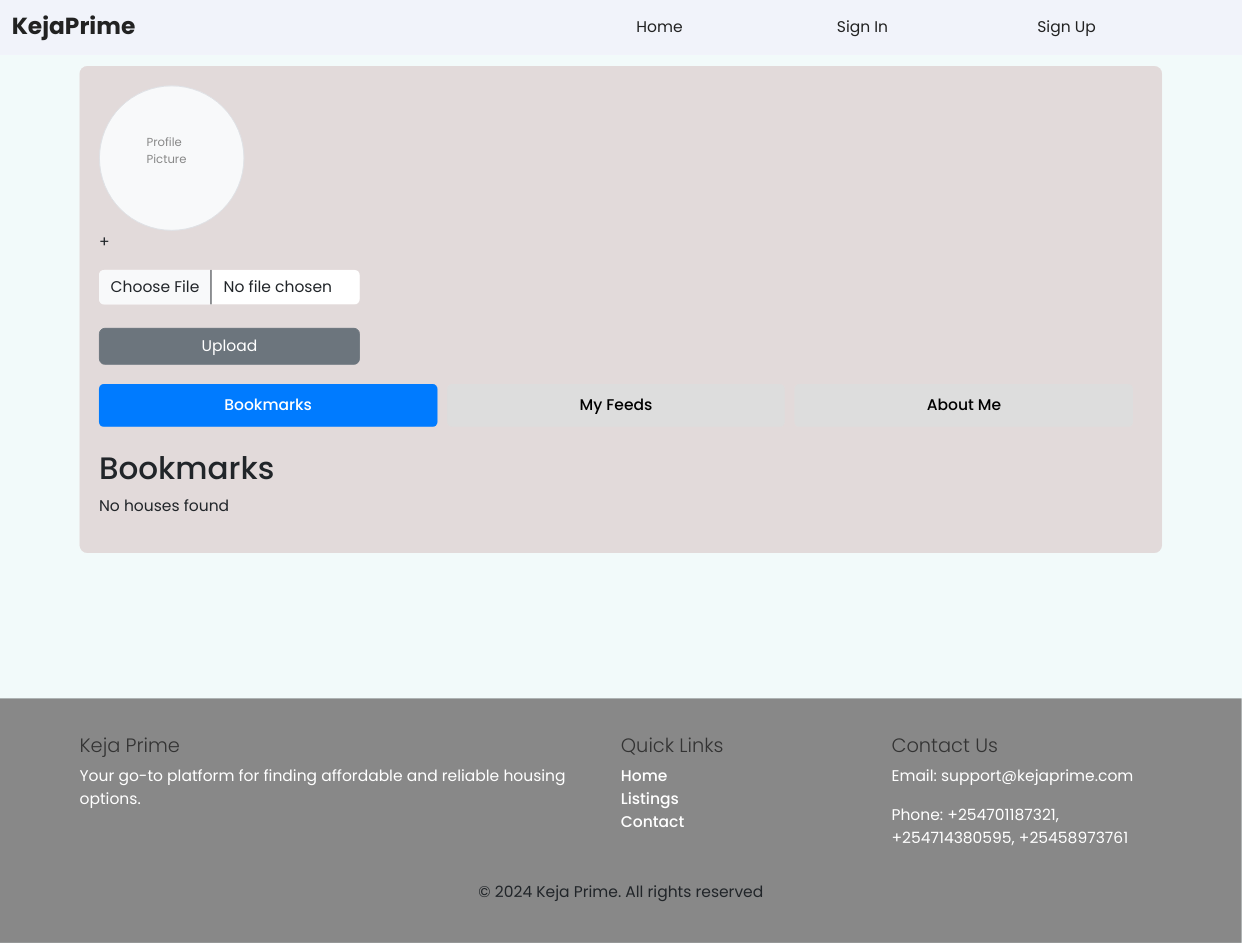
Repository: Pascal7601/kejaPrime
Page: /profile (app in frontend/)
An editor plug-in stored every save of this project. The page is shown before and after a run of saves, followed by the edit.
The browser window is 1280 px wide. The pictures show the whole page, at 97% of full size.
The page's requests for data from a server got no answer. The project was rebuilt for these pictures with package versions that can differ from the ones it lists, and the page was loaded fresh each time. No one was signed in, and anything a server would have sent is missing. Also part of the build but not shown: frontend/vite.config.js, frontend/src/styles/HeroSection.css, frontend/src/components/HeroSection.jsx, frontend/src/pages/Home.jsx, frontend/src/components/Houses.jsx, frontend/src/pages/Listings.jsx, frontend/src/styles/PostHouse.css, frontend/src/pages/PostHouse.jsx and 10 more.

Above is the page before, as saved 2024-10-22 12:13:18.

After the next 3 saves:
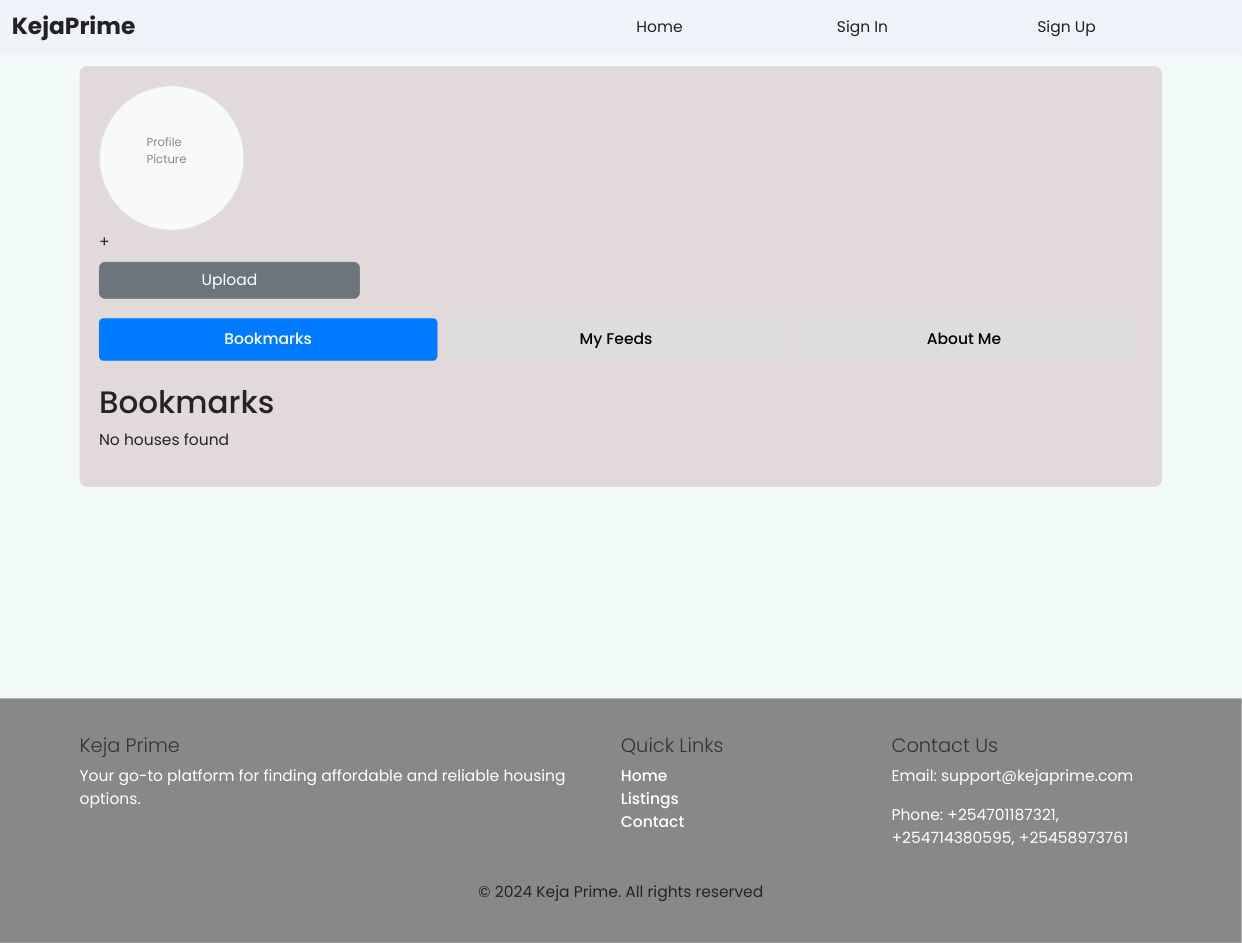
The 3 saves are shown as one change because they came seconds apart.
The last was saved 92 s later.
--- a/frontend/src/components/Profile.jsx
+++ b/frontend/src/components/Profile.jsx
@@ -214,7 +214,7 @@ function Profile() {
                 </div>
               )}
               <label htmlFor="file-upload" className="plus-sign-label">+</label>
-              <input type="file" onChange={handleFileChange} accept="image/*" className="form-control w-25 my-3" />
+              <input type="file" onChange={handleFileChange} accept="image/*" style={{ display: 'none' }} />
               <button onClick={handleFileUpload} className="btn btn-secondary w-25 mt-2">Upload</button>
             </div>
           </div>
